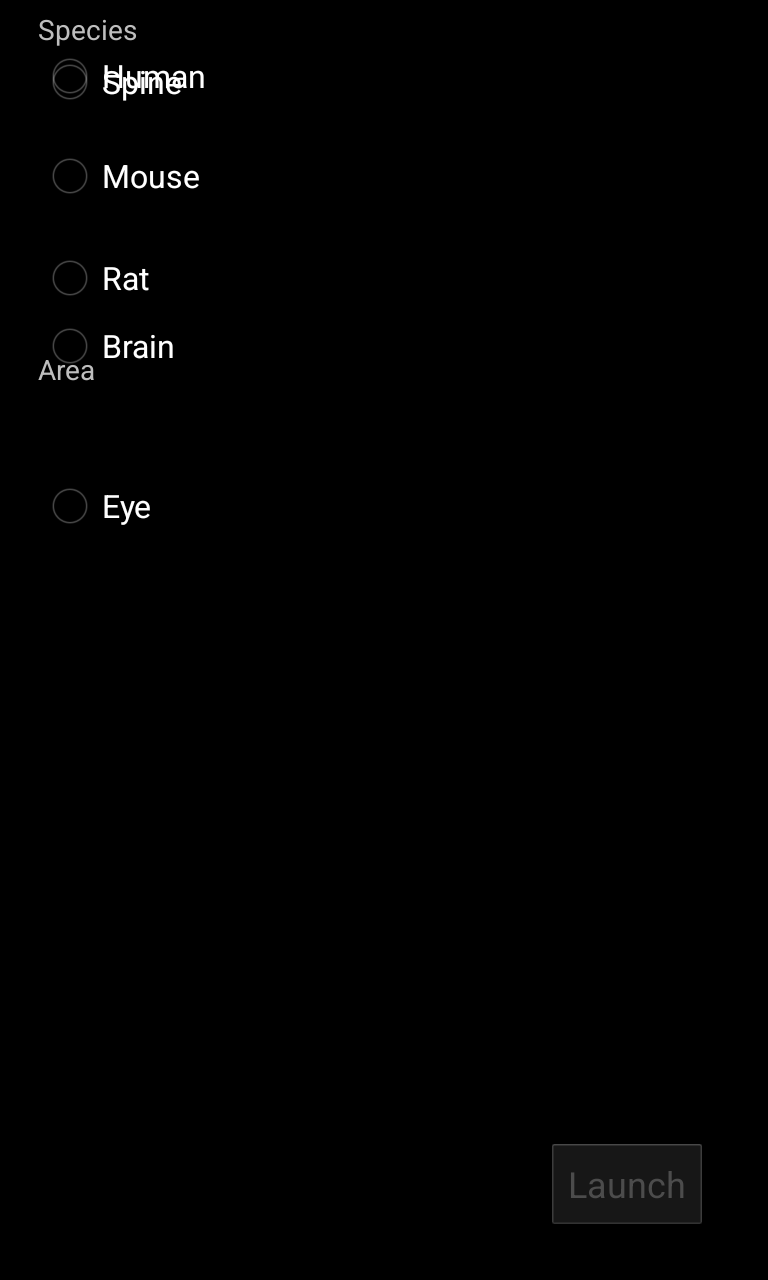
Repository: Ekarg/CSCE315Project3
Layout: Project3/res/layout/activity_main.xml
These files come from the project's save history. The layout is drawn as it stood at one moment and after the next save; the edit follows.
It is drawn on a 768 x 1280 px phone screen (xhdpi) without system bars, with theme android:Theme.Holo; the app's code is not run.

Above is the layout before, as saved 2013-11-27 20:10:16.

### Project3/res/layout/activity_main.xml
<RelativeLayout xmlns:android="http://schemas.android.com/apk/res/android"
    xmlns:tools="http://schemas.android.com/tools"
    android:layout_width="match_parent"
    android:layout_height="match_parent"
    android:paddingBottom="5dp"
    android:paddingLeft="5dp"
    android:paddingRight="5dp"
    android:paddingTop="5dp"
    tools:context=".MainActivity" >

    <Button
        android:id="@+id/button1"
        android:layout_width="wrap_content"
        android:layout_height="wrap_content"
        android:layout_alignParentBottom="true"
        android:layout_alignParentRight="true"
        android:layout_marginBottom="19dp"
        android:layout_marginRight="24dp"
        android:enabled = "false"
		android:onClick="launch"
        android:text="@string/Button" />

    <TextView
        android:id="@+id/textView1"
        android:layout_width="wrap_content"
        android:layout_height="wrap_content"
        android:layout_marginLeft="14dp"
        android:layout_alignParentTop="true"
        android:text="@string/species" />

   <RadioGroup
        android:id="@+id/radioGroup1"
        android:layout_width="fill_parent"
        android:layout_height="wrap_content"
        android:layout_alignParentTop="true"
        android:layout_centerHorizontal="true"
        android:orientation="vertical" >

        <RadioButton
            android:id="@+id/radioButton1"
            android:layout_width="wrap_content"
            android:layout_height="wrap_content"
            android:layout_marginLeft="14dp"
            android:checked = "false"
            android:layout_marginTop="17dp"
            android:text="@string/human"
            android:onClick="onRadioButtonClicked"/>

        <RadioButton
            android:id="@+id/radioButton2"
            android:layout_width="wrap_content"
            android:layout_height="wrap_content"
            android:layout_marginLeft="14dp"
            android:checked = "false"
            android:layout_marginTop="18dp"
            android:text="@string/mouse"
            android:onClick="onRadioButtonClicked"/>

        <RadioButton
            android:id="@+id/radioButton3"
            android:layout_width="wrap_content"
            android:layout_height="wrap_content"
            android:layout_marginLeft="14dp"
            android:checked = "false"
            android:layout_marginTop="19dp"
            android:text="@string/rat"
            android:onClick="onRadioButtonClicked"/>
    </RadioGroup>

    <TextView
        android:id="@+id/textView2"
        android:layout_width="wrap_content"
        android:layout_height="wrap_content"
        android:layout_alignLeft="@+id/textView1"
        android:layout_below="@+id/radioGroup1"
        android:layout_marginTop="20dp"
        android:text="@string/area"
        android:onClick="onRadioButtonClicked" />

     <RadioGroup
        android:id="@+id/radioGroup2"
        android:layout_width="fill_parent"
        android:layout_height="wrap_content"
        android:layout_alignParentTop="true"
        android:layout_centerHorizontal="true"
        android:orientation="vertical" >

	    <RadioButton
	        android:id="@+id/radioButton4"
	        android:layout_width="wrap_content"
            android:layout_height="wrap_content"
            android:layout_marginLeft="14dp"
            android:checked = "false"
            android:layout_marginTop="20dp"
	        android:onClick="onRadioButtonClicked"
	        android:text="@string/spine" />

	    <RadioButton
	        android:id="@+id/radioButton5"
	        android:layout_width="wrap_content"
	        android:layout_height="wrap_content"
	        android:layout_marginLeft="14dp"
	        android:layout_marginTop="100dp"
	        android:checked="false"
	        android:onClick="onRadioButtonClicked"
	        android:text="@string/brain" />

	     <RadioButton
         android:id="@+id/radioButton6"
         android:layout_width="wrap_content"
         android:layout_height="wrap_content"
         android:checked = "false"
         android:layout_marginLeft="14dp"
         android:layout_marginTop="48dp"
         android:text="@string/eye"
         android:onClick="onRadioButtonClicked" />
	</RadioGroup>



</RelativeLayout>

### Project3/res/values/strings.xml
<?xml version="1.0" encoding="utf-8"?>
<resources>

    <string name="app_name">Show Me the.... Neuron!</string>
    <string name="action_settings">Settings</string>
    <string name="hello_world">Hello world!</string>
    <string name="Button">Launch</string>
    <string name="title_activity_second">Neuron Display</string>
    <string name="species">Species</string>
    <string name="human">Human</string>
    <string name="mouse">Mouse</string>
    <string name="rat">Rat</string>
    <string name="area">Area</string>
    <string name="eye">Eye</string>
    <string name="brain">Brain</string>
    <string name="spine">Spine</string>


</resources>

After the next save:
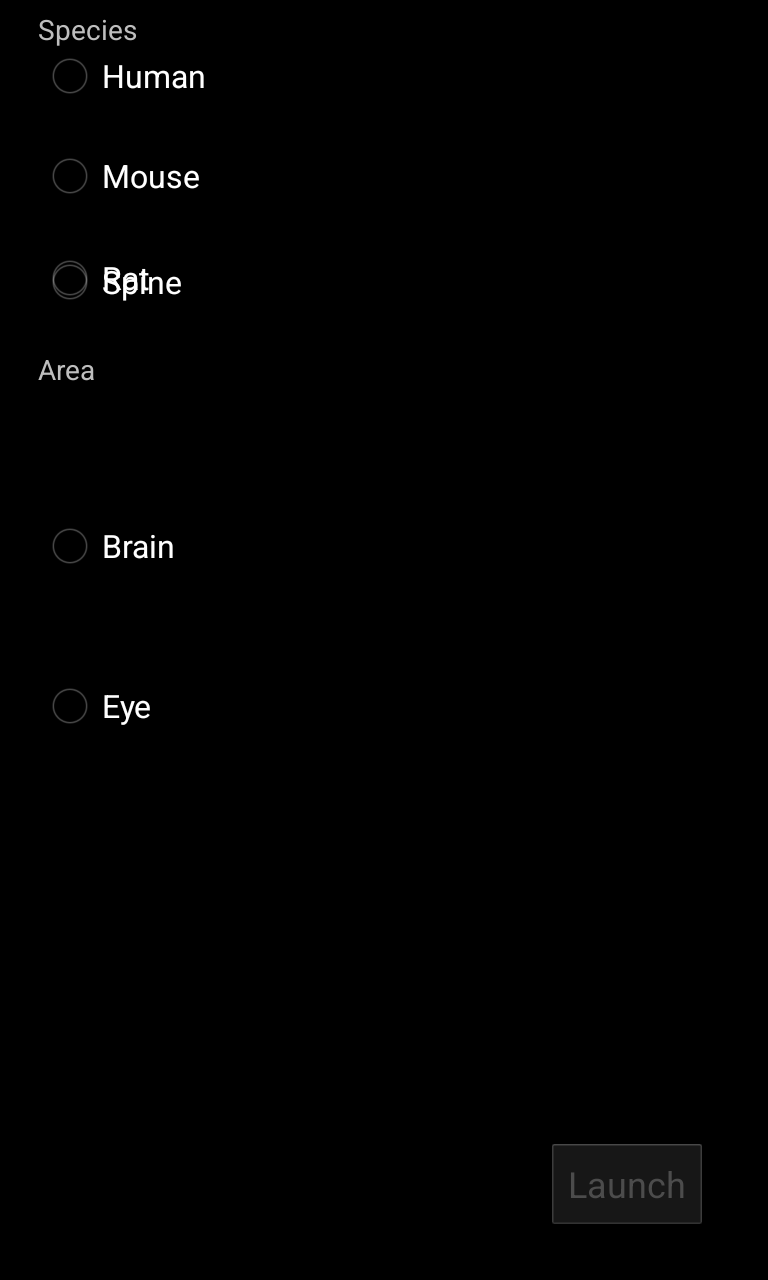
Saved 8 s later.
--- a/Project3/res/layout/activity_main.xml
+++ b/Project3/res/layout/activity_main.xml
@@ -91,7 +91,7 @@
             android:layout_height="wrap_content"
             android:layout_marginLeft="14dp"
             android:checked = "false"
-            android:layout_marginTop="20dp"
+            android:layout_marginTop="120dp"
 	        android:onClick="onRadioButtonClicked"
 	        android:text="@string/spine" />
 
